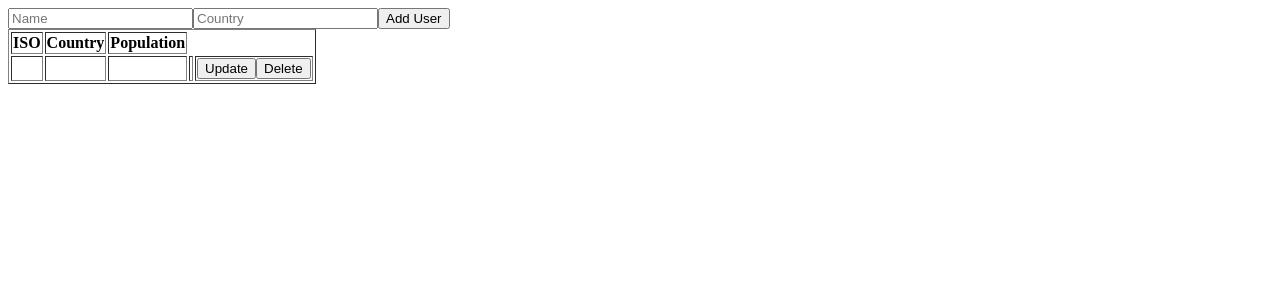
Repository: sunilkc-7/FormikwithRedux
Page: /, after clicking the first element matching `button`
These files come from the project's save history. The page is drawn as it stood at one moment and after the next save; the edit follows.
The browser window is 1280 px wide. The pictures show the whole page.
The page's requests for data from a server got no answer. The project was rebuilt for these pictures with package versions that can differ from the ones it lists, and the page was loaded fresh each time. No one was signed in, and anything a server would have sent is missing.

Above is the page before, as saved 2023-08-17 10:16:52.

### src/index.js
// src/index.js

import React from "react";
import ReactDOM from "react-dom";
import { Provider } from "react-redux";
import store from "./store";
import App from "./components/App";

ReactDOM.render(
  <Provider store={store}>
    <App />
  </Provider>,
  document.getElementById("root")
);

### src/store/index.js
import { createStore, applyMiddleware } from "redux";
import thunk from "redux-thunk";
import rootReducer from "../reducers";

const store = createStore(rootReducer, applyMiddleware(thunk));

export default store;

### src/components/App.js
// src/components/App.js

import React, { useEffect, useState } from "react";
import { useSelector, useDispatch } from "react-redux";
import {
  fetchUsers,
  addUser,
  updateUser,
  deleteUser,
} from "../actions/userActions";

const App = () => {
  const dispatch = useDispatch();
  const users = useSelector((state) => state.users.users);

  const [newUserName, setNewUserName] = useState("");
  const [newUserCountry, setNewUserCountry] = useState("");

  useEffect(() => {
    dispatch(fetchUsers());
  }, [dispatch]);

  const handleAddUser = () => {
    const newUser = {
      id: Date.now(), // This is a simple unique id generator for the demo.
      name: newUserName,
      country: newUserCountry,
    };
    dispatch(addUser(newUser));
  };

  const handleDeleteUser = (id) => {
    dispatch(deleteUser(id));
  };

  // For simplicity, we'll assume updates occur inline within the table.
  const handleUpdateUser = (user) => {
    const updatedName = prompt("Enter new name", user.name);
    const updatedCountry = prompt("Enter new country", user.country);
    if (updatedName && updatedCountry) {
      dispatch(
        updateUser({ ...user, name: updatedName, country: updatedCountry })
      );
    }
  };

  return (
    <div>
      <div>
        <input
          placeholder="Name"
          value={newUserName}
          onChange={(e) => setNewUserName(e.target.value)}
        />
        <input
          placeholder="Country"
          value={newUserCountry}
          onChange={(e) => setNewUserCountry(e.target.value)}
        />
        <button onClick={handleAddUser}>Add User</button>
      </div>
      <table border="1">
        <thead>
          <tr>
            <th>ISO</th>
            <th>Country</th>
            <th>Population</th>
          </tr>
        </thead>
        <tbody>
          {users.map((user) => (
            <tr key={user.id}>
              <td>{user.ISO}</td>
              <td>{user.country}</td>
              <td>{user.population}</td>
              <td>{}</td>
              <td>
                <button onClick={() => handleUpdateUser(user)}>Update</button>
                <button onClick={() => handleDeleteUser(user.id)}>
                  Delete
                </button>
              </td>
            </tr>
          ))}
        </tbody>
      </table>
    </div>
  );
};

export default App;

### src/reducers/index.js
import { combineReducers } from "redux";
import userReducer from "./userReducer";

export default combineReducers({
  users: userReducer,
});

### src/actions/userActions.js
export const fetchUsersBegin = () => ({
  type: "FETCH_USERS_BEGIN",
});

export const fetchUsersSuccess = (users) => ({
  type: "FETCH_USERS_SUCCESS",
  payload: users,
});

export const fetchUsersError = (error) => ({
  type: "FETCH_USERS_ERROR",
  payload: error,
});
export const addUser = (user) => ({
  type: "ADD_USER",
  payload: user,
});

export const updateUser = (user) => ({
  type: "UPDATE_USER",
  payload: user,
});

export const deleteUser = (id) => ({
  type: "DELETE_USER",
  payload: id,
});

export const fetchUsers = () => {
  return (dispatch) => {
    dispatch(fetchUsersBegin());
    fetch("http://192.168.1.140:5000/data/countrydata")
      .then((response) => response.json())
      .then((data) => {
        console.log(data, "data");
        dispatch(fetchUsersSuccess(data));
      })
      .catch((error) => {
        dispatch(fetchUsersError(error));
      });
  };
};

### src/reducers/userReducer.js
const initialState = {
  users: [],
  loading: false,
  error: null,
};

export default function userReducer(state = initialState, action) {
  switch (action.type) {
    case "FETCH_USERS_BEGIN":
      return {
        ...state,
        loading: true,
        error: null,
      };
    case "FETCH_USERS_SUCCESS":
      return {
        ...state,
        loading: false,
        users: action.payload,
      };
    case "FETCH_USERS_ERROR":
      return {
        ...state,
        loading: false,
        error: action.payload,
        users: [],
      };
    case "ADD_USER":
      return {
        ...state,
        users: [...state.users, action.payload],
      };
    case "UPDATE_USER":
      return {
        ...state,
        users: state.users.map((user) =>
          user.id === action.payload.id ? action.payload : user
        ),
      };
    case "DELETE_USER":
      return {
        ...state,
        users: state.users.filter((user) => user.id !== action.payload),
      };
    default:
      return state;
  }
}

Loaded but not shown: public/index.html (common file)

After the next save:
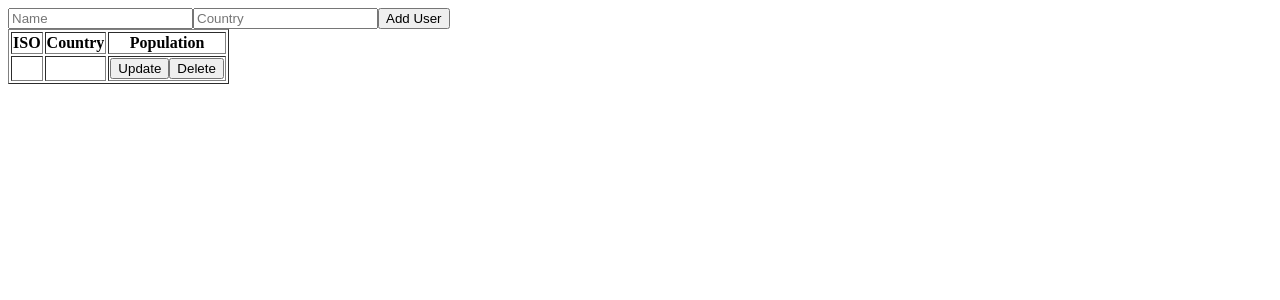
Saved 27 s later.
--- a/src/components/App.js
+++ b/src/components/App.js
@@ -72,8 +72,6 @@ const App = () => {
             <tr key={user.id}>
               <td>{user.ISO}</td>
               <td>{user.country}</td>
-              <td>{user.population}</td>
-              <td>{}</td>
               <td>
                 <button onClick={() => handleUpdateUser(user)}>Update</button>
                 <button onClick={() => handleDeleteUser(user.id)}>
